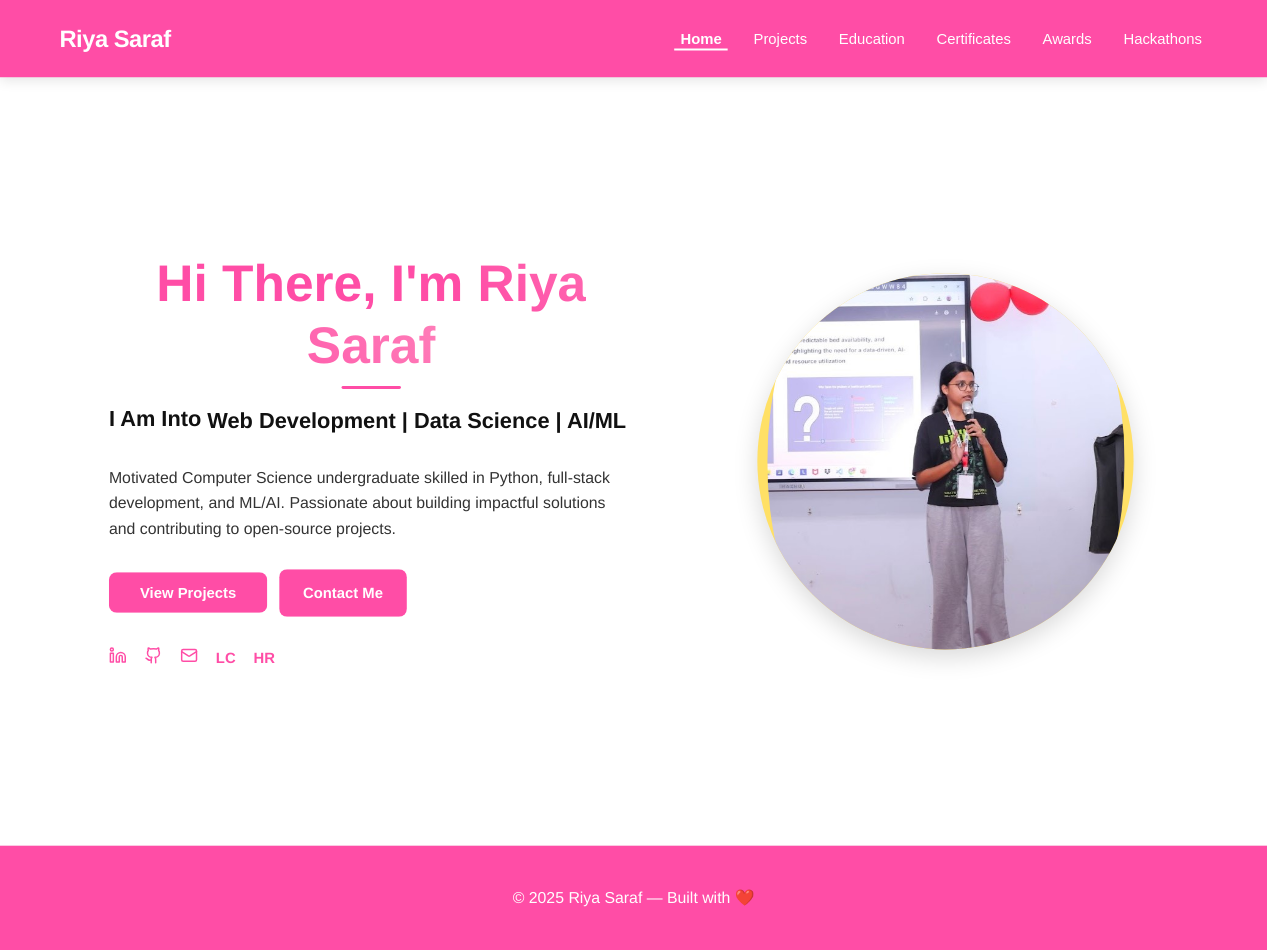
Repository: riyaaaa19/riya-portfolio
Page: /
These files come from the project's save history. The page is drawn as it stood at one moment and after the next save; the edit follows.
The browser window is 1280 px wide. The pictures show the whole page, at 99% of full size.
The project was rebuilt for these pictures with package versions that can differ from the ones it lists, and the page was loaded fresh each time. Also part of the build but not shown: src/components/TimelineCard.js.

Above is the page before, as saved 2025-09-14 14:31:57.

### src/App.js
import React, { useState } from "react";
import { Mail, Github, Linkedin } from "lucide-react";
import TimelineCard from "./components/TimelineCard"; // adjust path if needed
import "./styles.css";

export default function RiyaSarafPortfolio() {
  const [activePage, setActivePage] = useState("home");

  const projects = [
    {
      title: "Leave Management System",
      tech: "React.js, FastAPI, PostgreSQL, JWT",
      desc: "Full-stack app for managing employee leave requests with role-based access and JWT authentication.",
      github: "https://github.com/riyaaaa19/leave-management-system",
      img: "/images/leave.png",
    },
    {
      title: "Genomic Analysis Web Application",
      tech: "Python, Django, Scikit-learn, Pandas",
      desc: "Django app for genomic data analysis with ML model selection, preprocessing and visualizations.",
      github: "https://github.com/riyaaaa19/genomic-analysis-django",
      img: "/images/genomics.png",
    },
    {
      title: "CyberSaarthi – Phishing & Invoice Fraud Detection",
      tech: "FastAPI, React.js, SQLite",
      desc: "ML + rule-based backend for phishing and invoice fraud detection with document parsing and structured reports.",
      github: "https://github.com/riyaaaa19/CyberSaarthi",
      img: "/images/cyber.png",
    },
    {
      title: "SheCare AI",
      tech: "FastAPI, React, SQLite, OmniDimension API",
      desc: "Health & wellness assistant for women with cycle tracking, journaling, PCOS risk check, and AI chatbot.",
      github: "https://github.com/sonamnimje/SheCare-AI",
      img: "/images/shecare.png",
    },
    {
    title: "SmartGrocery — AI-Powered Grocery & Recipe Assistant",
    tech: "Flask, Scikit-learn, Bootstrap, CSS",
    desc: " Smart Grocery Web app for recipe suggestions, nutrition tracking, inventory management, and shopping lists.",
    github: "https://github.com/arnavv19/Smart-Grocery-AI",
    img: "/images/grocery.png",
    }
  ];

  const education = [
    {
      school: "BADERIA GLOBAL INSTITUTE OF ENGINEERING AND MANAGEMENT",
      degree: "B.Tech CSE (Data Science)",
      year: "2022 – 2026",
      score: "CGPA: 8.28",
      img: "/images/graduation.png",
    },
    {
      school: "Nachiketa Higher Secondary School, Jabalpur",
      degree: "Class 12th • PCM • State Board",
      year: "2022",
      score: "Percentage: 73.4%",
      img: "/images/school.png",
    },
    {
      school: "Nachiketa Higher Secondary School, Jabalpur",
      degree: "Class 10th • State Board",
      year: "2020",
      score: "Percentage: 92%",
      img: "/images/school.png",
    },
  ];

  const certificates = [
    { title: "PCAP: Programming Essentials in Python", img: "/images/certificate1.jpg" },
    { title: "Introduction to Data Science — Cisco", img: "/images/certificate2.jpg" },
    { title: "Accenture Data Analytics Simulation", img: "/images/certificate3.jpg" },
    { title: "Global Entrepreneur Summit — IIT Kharagpur", img: "/images/certificate4.jpg" },
    { title: "Artificial Intelligence Fundamentals — IBM SkillsBuild", img: "/images/certificate5.jpg" },
    { title: "Cybersecurity Essentials — Cisco", img: "/images/certificate6.jpg" },
    { title: "Data Analytics — IBM Cognos", img: "/images/certificate7.jpg" },
  ];

  const awards = [
    { title: "Branch Topper — 2023, 2024, 2025", img: "/images/award1.jpg" },
    { title: "Best Girls Team Award — Hack SRIT 2025", img: "/images/award2.jpg" },
    { title: "1st Runner-Up — Ecopreneur Hackathon", img: "/images/award3.jpg" },
    { title: "3rd Position — Slide The Change at IEEE SHE ASPIRE 2.0", img: "/images/award4.jpg" },
  ];

  const hackathons = [
    {
      title: "Ecopreneur Hackathon",
      desc: "Hosted by Baderia Global Institute of Engineering and Management",
      img: "/images/hackathon1.jpg",
    },
    {
      title: "36-hour HackSRIT Hackathon",
      desc: "Hosted by Shri Ram Institute of technology",
      img: "/images/hackathon2.jpg",
    },
    {
      title: "Operation Eclipse – Stealth Spacecraft Design & Architecture",
      desc: "Competition at IIITDM Jabalpur",
      img: "/images/hackathon3.jpg",
    },
    {
      title: "Global Entrepreneurship Summit 2025",
      desc: "IIT Kharagpur",
      img: "/images/hackathon4.jpg",
    },
    {
      title: "All India Women only Hackathon 2023",
      desc: "Hosted by Shooting stars foundation",
      img: "/images/hackathon5.jpg",
    },
  ];

  return (
    <div>
      <header>
        <h1>Riya Saraf</h1>
        <nav>
          {["home", "projects", "education", "certificates", "awards", "hackathons"].map((page) => (
            <button
              key={page}
              onClick={() => setActivePage(page)}
              className={activePage === page ? "active" : ""}
            >
              {page.charAt(0).toUpperCase() + page.slice(1)}
            </button>
          ))}
        </nav>
      </header>

      {activePage === "home" && (
        <section className="hero">
          <div className="particle-bg">
            <span></span><span></span><span></span><span></span><span></span>
          </div>
          <div className="hero-text">
            <h2>
              Hi There, I'm <span className="highlight">Riya Saraf</span>
            </h2>
            <h3>
              I Am Into{" "}
              <span className="typing-container">
                <span className="typing">Web Development | Data Science | AI/ML</span>
              </span>
            </h3>
            <p>
              Motivated Computer Science undergraduate skilled in Python,
              full-stack development, and ML/AI. Passionate about building
              impactful solutions and contributing to open-source projects.
            </p>
            <div className="hero-buttons">
              <button className="cta" onClick={() => setActivePage("projects")}>
                View Projects
              </button>
              <a
              href="https://mail.google.com/mail/?view=cm&fs=1&to=riyasaraf19@gmail.com"
              target="_blank"
              rel="noopener noreferrer"
              className="cta"
              >
                Contact Me
              </a>
            </div>

            <div className="social-icons">
              <a href="https://linkedin.com/in/riya-saraf-9223a9257" target="_blank" rel="noreferrer">
                <Linkedin size={18} />
              </a>
              <a href="https://github.com/riyaaaa19" target="_blank" rel="noreferrer">
                <Github size={18} />
              </a>
              <a href="mailto:riyasaraf19@gmail.com">
                <Mail size={18} />
              </a>
              <a href="https://leetcode.com/u/riyaaa19/" target="_blank" rel="noreferrer">LC</a>
              <a href="https://www.hackerrank.com/profile/riyasaraf19" target="_blank" rel="noreferrer">HR</a>
            </div>
          </div>
          <div className="hero-img">
            <div className="avatar-circle">
              <img src="/images/riya-photo.png" alt="Riya Saraf" />
            </div>
          </div>
        </section>
      )}

      {activePage === "projects" && (
        <section>
          <h2>Projects</h2>
          <div className="grid">
            {projects.map((p, i) => (
              <TimelineCard
                key={i}
                title={p.title}
                subtitle={p.tech}
                img={p.img}
                score={<span style={{ color: "#555" }}>{p.desc}</span>}
                github={p.github}
                live={p.live}
                type="project"
              />
            ))}
          </div>
        </section>
      )}

      {activePage === "education" && (
        <section>
          <h2>Education</h2>
          <div className="timeline">
            {education.map((e, i) => (
              <TimelineCard
                key={i}
                title={e.school}
                subtitle={e.degree}
                year={e.year}
                score={e.score}
                img={e.img}
                type="education"
              />
            ))}
          </div>
        </section>
      )}

      {activePage === "certificates" && (
        <section>
          <h2>Certificates</h2>
          <div className="grid">
            {certificates.map((c, i) => (
              <TimelineCard key={i} title={c.title} img={c.img} type="certificate" />
            ))}
          </div>
        </section>
      )}

      {activePage === "awards" && (
        <section>
          <h2>Awards</h2>
          <div className="grid">
            {awards.map((a, i) => (
              <TimelineCard key={i} title={a.title} img={a.img} type="award" />
            ))}
          </div>
        </section>
      )}

      {activePage === "hackathons" && (
        <section>
          <h2>Hackathons & Conferences</h2>
          <div className="grid">
            {hackathons.map((h, i) => (
              <TimelineCard
                key={i}
                title={h.title}
                subtitle={h.desc}
                img={h.img}
                type="certificate"
              />
            ))}
          </div>
        </section>
      )}

      <footer>© {new Date().getFullYear()} Riya Saraf — Built with ❤️</footer>
    </div>
  );
}

### src/styles.css
/* ===== General Styling ===== */
body {
    margin: 0;
    font-family: 'Helvetica Neue', Arial, sans-serif;
    background: linear-gradient(135deg, #fdfbfb 0%, #ebedee 100%);
    color: #111;
    line-height: 1.6;
    scroll-behavior: smooth;
}

/* ===== Header ===== */
header {
    position: sticky;
    top: 0;
    background: #ff4da6;
    padding: 20px 60px;
    display: flex;
    justify-content: space-between;
    align-items: center;
    z-index: 100;
    box-shadow: 0 4px 12px rgba(0, 0, 0, 0.1);
    animation: slideDown 0.8s ease-in-out;
}

header h1 {
    margin: 0;
    font-size: 24px;
    font-weight: 700;
    color: #fff;
    letter-spacing: -0.5px;
    transition: transform 0.3s ease;
}

header h1:hover {
    transform: scale(1.08);
}

nav button {
    background: none;
    border: none;
    margin-left: 20px;
    font-size: 15px;
    color: #fff;
    cursor: pointer;
    transition: color 0.3s, border-bottom 0.3s, transform 0.3s;
}

nav button.active {
    font-weight: 600;
    border-bottom: 2px solid #fff;
    padding-bottom: 2px;
}

nav button:hover {
    color: #ffe3f0;
    transform: translateY(-2px);
}

/* ===== Sections ===== */
section {
    padding: 80px 60px;
    background: white;
    animation: fadeIn 1s ease-in;
}

section h2 {
    font-size: 32px;
    font-weight: 700;
    margin-bottom: 25px;
    color: #ff4da6;
    text-align: center;
    position: relative;
}

section h2::after {
    content: "";
    width: 60px;
    height: 3px;
    background: #ff4da6;
    display: block;
    margin: 10px auto 0;
    border-radius: 2px;
    animation: expand 0.8s ease-in-out;
}

/* ===== Hero Section ===== */
.hero {
    display: flex;
    flex-wrap: wrap;
    justify-content: space-between;
    align-items: center;
    gap: 50px;
    padding: 100px 60px;
    min-height: 80vh;
    position: relative;
    overflow: hidden;
}

.hero-text {
    flex: 1;
    max-width: 600px;
    display: flex;
    flex-direction: column;
    gap: 12px;
}

.hero-text h2 {
    font-size: 52px;
    font-weight: 800;
    margin: 0;
    line-height: 1.2;
    color: #ff4da6;
}

.hero-text .highlight {
    background: linear-gradient(45deg, #ff4da6, #ff7eb9);
    -webkit-background-clip: text;
    -moz-background-clip: text;
    background-clip: text;
    -webkit-text-fill-color: transparent;
    color: transparent;
}

.hero-text h3 {
    font-size: 22px;
    font-weight: 600;
    margin: 0;
    color: #111;
}

.hero-text p {
    max-width: 520px;
    font-size: 16px;
    color: #333;
    line-height: 1.6;
}

/* ===== Typing Effect Fix ===== */
.typing-container {
    display: inline-block;
    min-width: 300px;
    white-space: nowrap;
}

.typing {
    display: inline-block;
    border-right: 2px solid #ff4da6;
    overflow: hidden;
    vertical-align: middle;
    animation: typing 2.5s steps(30, end) forwards, blink-caret 0.75s step-end infinite;
}

@keyframes typing {
    from { width: 0; }
    to { width: 100%; }
}

@keyframes blink-caret {
    0%, 100% { border-color: transparent; }
    50% { border-color: #ff4da6; }
}

/* ===== Avatar ===== */
.hero-img {
    flex: 1;
    display: flex;
    justify-content: center;
    align-items: center;
}

.avatar-circle {
    width: 380px;
    height: 380px;
    border-radius: 50%;
    background: #ffe066;
    display: flex;
    justify-content: center;
    align-items: center;
    box-shadow: 0 8px 25px rgba(0,0,0,0.15);
    overflow: hidden;
    transition: transform 0.4s ease, box-shadow 0.4s ease;
}

.avatar-circle img {
    width: 95%;
    height: auto;
    border-radius: 50%;
    object-fit: cover;
}

.avatar-circle:hover {
    transform: scale(1.05);
    box-shadow: 0 10px 30px rgba(255, 77, 166, 0.3);
}

/* ===== Buttons ===== */
button.cta,
button.outline {
    margin-right: 12px;
    padding: 10px 22px;
    width: 160px;
    font-size: 15px;
    font-weight: 600;
    border-radius: 8px;
    border: 2px solid transparent;
    cursor: pointer;
    transition: all 0.25s ease;
}

button.cta {
    background: #ff4da6;
    color: white;
}

button.cta:hover {
    background: #e04494;
}

button.outline {
    background: transparent;
    color: #ff4da6;
    border: 2px solid #ff4da6;
}

button.outline:hover {
    background: #ff4da6;
    color: white;
}
/* Make <a class="cta"> look like button */
a.cta {
    display: inline-block;
    margin-right: 12px;
    padding: 10px 22px;
    font-size: 15px;
    font-weight: 600;
    border-radius: 8px;
    border: 2px solid transparent;
    cursor: pointer;
    transition: all 0.25s ease;
    background: #ff4da6;
    color: white;
    text-decoration: none;
    text-align: center;
}

a.cta:hover {
    background: #e04494;
}


/* ===== Social Icons ===== */
.social-icons {
    display: flex;
    gap: 18px;
    margin-top: 18px;
}

.social-icons a {
    color: #ff4da6;
    transition: color 0.25s;
    font-weight: bold;
    font-size: 15px;
    text-decoration: none;
}

.social-icons a:hover {
    color: #e04494;
}

/* ===== Footer ===== */
footer {
    padding: 40px;
    text-align: center;
    background: #ff4da6;
    color: white;
    font-weight: 500;
}

/* ===== Grid for Projects, Certificates, Awards ===== */
.grid {
    display: grid;
    gap: 25px;
    grid-template-columns: repeat(3, 1fr);
}
@media (max-width: 900px) {
    .grid {
        grid-template-columns: repeat(2, 1fr);
    }
}

@media (max-width: 600px) {
    .grid {
        grid-template-columns: 1fr;
    }
}

/* ===== Timeline for Education ===== */
.timeline {
    position: relative;
    margin-left: 20px;
    padding-left: 40px;
    border-left: 3px solid #ff4da6;
}

.timeline-card {
    position: relative;
    margin-bottom: 40px;
    padding: 20px 20px 20px 40px;
    background: #fff;
    border-radius: 12px;
    box-shadow: 0 4px 12px rgba(0,0,0,0.08);
    transition: transform 0.3s, box-shadow 0.3s;
}

.timeline-card:hover {
    transform: scale(1.03);
    box-shadow: 0 6px 18px rgba(0,0,0,0.15);
}

.timeline-card span {
    position: absolute;
    left: -28px;
    top: 20px;
    width: 20px;
    height: 20px;
    border-radius: 50%;
    background: #ff4da6;
    color: #fff;
    display: flex;
    justify-content: center;
    align-items: center;
    font-size: 14px;
}

/* ===== Animations ===== */
@keyframes fadeIn {
    0% { opacity: 0; transform: translateY(20px); }
    100% { opacity: 1; transform: translateY(0); }
}

@keyframes slideDown {
    0% { transform: translateY(-100%); }
    100% { transform: translateY(0); }
}

@keyframes expand {
    0% { width: 0; }
    100% { width: 60px; }
}

/* ===== Responsive ===== */
@media (max-width: 900px) {
    .hero {
        flex-direction: column;
        text-align: center;
    }
    .hero-img {
        margin-top: 30px;
    }
}
/* ===== Timeline Styling for Education (Right-side Images) ===== */
.timeline {
    position: relative;
    padding-right: 60px; /* space for images on the right */
    margin-left: 20px;
    border-left: 3px solid #ff4da6;
}

.timeline .timeline-card {
    position: relative;
    margin-bottom: 30px;
    padding: 15px 20px;
    background: #fff;
    border-radius: 12px;
    box-shadow: 0 4px 12px rgba(0,0,0,0.08);
    transition: transform 0.2s;
}

.timeline .timeline-card:hover {
    transform: scale(1.03);
}

.timeline .timeline-card img {
    width: 50px;
    height: 50px;
    object-fit: cover;
    border-radius: 50%;
    position: absolute;
    right: -65px; /* move image to the right of the card */
    top: 15px;
    box-shadow: 0 3px 10px rgba(0,0,0,0.15);
}

.timeline .timeline-card h4 {
    margin: 0 0 6px 0;
    font-size: 16px;
    font-weight: 600;
}

.timeline .timeline-card p {
    margin: 2px 0;
    font-size: 14px;
    color: #555;
}

Loaded but not shown: public/index.html (common file); src/index.js (common file)

After the next save:
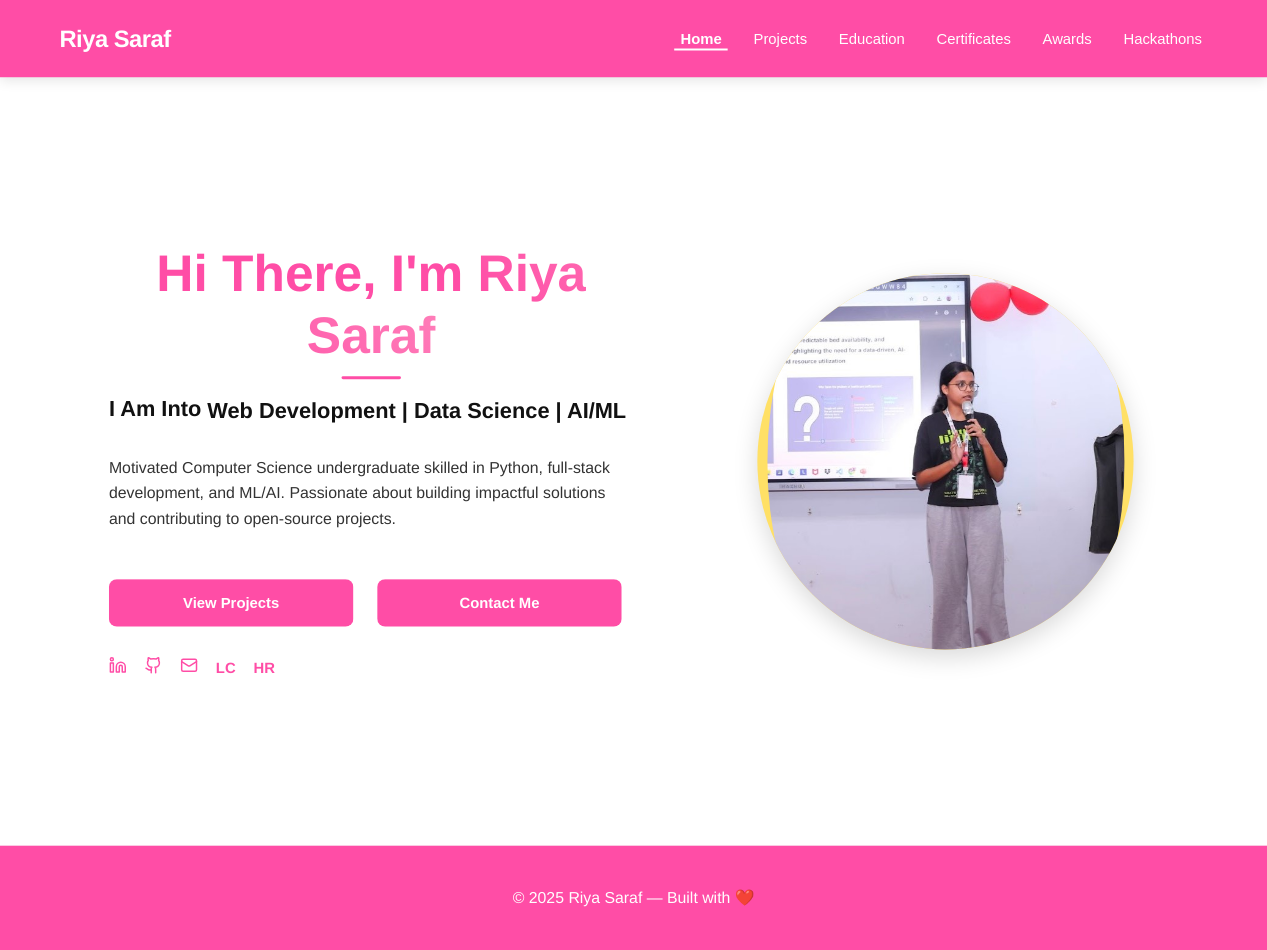
Saved 61 s later.
--- a/src/styles.css
+++ b/src/styles.css
@@ -206,6 +206,19 @@ button.outline {
     cursor: pointer;
     transition: all 0.25s ease;
 }
+.hero-buttons {
+  display: flex;
+  gap: 12px;
+  margin-top: 20px;
+  flex-wrap: wrap;
+}
+
+.hero-buttons button.cta,
+.hero-buttons a.cta {
+  flex: 1;             /* ✅ Each takes equal width */
+  min-width: 140px;    /* ✅ Minimum width for smaller screens */
+  text-align: center;
+}
 
 button.cta {
     background: #ff4da6;
